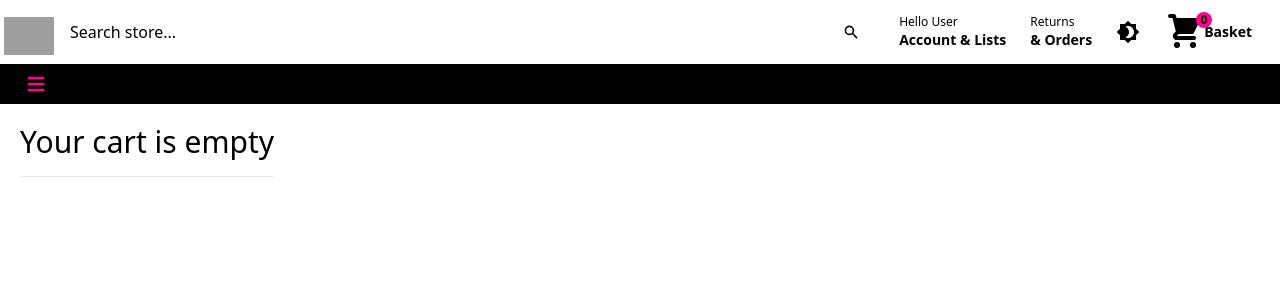
Repository: MarkusDavis/markus-davis-store
Page: /checkout
An editor plug-in stored every save of this project. The page is shown before and after the next save, followed by the edit.
The browser window is 1280 px wide. The pictures show the whole page.
Pictures or frames that could not be fetched are drawn as grey boxes. The page's requests for data from a server got no answer. The project was rebuilt for these pictures with package versions that can differ from the ones it lists, and the page was loaded fresh each time. The framework's server and built-in components were replaced by stand-ins that run in the browser. No one was signed in, and anything a server would have sent is missing. Also part of the build but not shown: next.config.js, src/components/CheckoutProduct.js.

Above is the page before, as saved 2022-10-10 22:39:29.

### src/pages/_app.js
import { ThemeProvider } from "next-themes";
import { Provider } from "react-redux";
import { store } from "../app/store";
import "../styles/globals.css";
import { SessionProvider } from "next-auth/react";

function MyApp({ Component, pageProps: { session, ...pageProps } }) {
  return (
    <SessionProvider session={session}>
      <ThemeProvider
        forcedTheme={Component.theme || undefined}
        attribute="class"
      >
        <Provider store={store}>
          <Component {...pageProps} />
        </Provider>
      </ThemeProvider>
    </SessionProvider>
  );
}

export default MyApp;

### src/pages/checkout.js
import Image from "next/image";
import React from "react";
import { useSelector } from "react-redux";
import CheckoutProduct from "../components/CheckoutProduct";
import Header from "../components/Header";
import { selectItems } from "../slices/basketSlice";

function checkout() {
  const items = useSelector(selectItems);
  return (
    <div className="">
      <Header />

      <main className="lg:flex max-w-screen-2xl mx-auto">
        <div className="flex flex-col p-5 space-y-10">
          <h1 className="text-3xl border-b pb-4">
            {items.length === 0 ? "Your cart is empty" : "Your Shopping Cart"}
          </h1>
          {items.map((item, i) => (
            <CheckoutProduct
              key={i}
              id={item.id}
              title={item.title}
              rating={item.rating}
              price={item.price}
              description={item.description}
              category={item.category}
              image={item.image}
              hasPlus={item.hasPlus}
            />
          ))}
        </div>
      </main>
    </div>
  );
}

export default checkout;

### src/styles/globals.css
@tailwind base;
@tailwind components;
@tailwind utilities;

@layer components {
  .link {
    @apply cursor-pointer hover:underline hover:text-primary;
  }
  .button {
    @apply bg-red-500;
  }
}

### src/components/Header.js
import React from "react";
import { signIn, signOut, useSession } from "next-auth/react";
import Image from "next/image";
import Brightness4Icon from "@material-ui/icons/Brightness4";
import { MenuIcon, ShoppingCartIcon, SearchIcon } from "@heroicons/react/solid";
import { useTheme } from "next-themes";
import { useRouter } from "next/router";
function Header() {
  const { theme, setTheme } = useTheme();
  const router = useRouter();
  return (
    <header className="sticky top-0 z-50">
      <div className="flex items-center p-1 flex-grow py-2 bg-light-primary dark:bg-dark-secondary">
        <div className="mt-2 flex items-center flex-grow sm:flex-grow-0">
          <Image
            onClick={() => router.push("/")}
            src="https://firebasestorage.googleapis.com/v0/b/markusdavisstore.appspot.com/o/logo.png?alt=media&token=0af606cd-bb13-4314-b5bf-a095e056261e"
            width={50}
            height={40}
            objectFit="contain"
            className="cursor-pointer"
          />
        </div>
        <div className="hidden sm:flex items-center h-10 rounded-md flex-grow cursor-pointer hover:bg-light-secondary dark:hover:bg-dark-primary">
          <input
            className="p-2 h-full w-6 flex-grow flex-shrink rounded-l-md focus:outline-none px-4 bg-transparent dark:text-white dark:placeholder:text-white placeholder:text-black"
            type="text"
            placeholder="Search store..."
          />
          <SearchIcon className="h-12 p-4 dark:text-white" />
        </div>
        <div className="flex items-center text-xs space-x-6 mx-6 whitespace-nowrap">
          <div onClick={signIn} className="link">
            <p className="">Hello User</p>
            <p className="font-extrabold md:text-sm">Account & Lists</p>
          </div>
          <div className="link">
            <p className="">Returns</p>
            <p className="font-extrabold md:text-sm">& Orders</p>
          </div>
          <Brightness4Icon
            className="cursor-pointer hover:text-primary border border-none rounded-full"
            onClick={() => {
              setTheme(theme === "light" ? "dark" : "light");
            }}
          />
          <div
            onClick={() => router.push("/checkout")}
            className="relative link flex items-center"
          >
            <span className="absolute top-0 right-0 md:right-10 h-4 w-4 bg-primary text-center rounded-full font-bold dark:text-white">
              0
            </span>
            <ShoppingCartIcon className="h-10 dark:text-white" />
            <p className="hidden md:inline font-extrabold text-sm">Basket</p>
          </div>
        </div>
      </div>
      <div className="flex items-center space-x-3 p-2 pl-6 bg-dark-primary text-sm">
        <p className="link flex items-center">
          <MenuIcon className="h-6 mr-1 text-primary" />
          All
        </p>
        <p className="link">Gaming</p>
        <p className="link">Business</p>
        <p className="link">Clothing</p>
        <p className="link hidden lg:inline-flex">Electronics</p>
        <p className="link hidden lg:inline-flex">Food & Grocery</p>
        <p className="link hidden lg:inline-flex">Plus</p>
        <p className="link hidden lg:inline-flex">Buy Again</p>
        <p className="link hidden lg:inline-flex">Shopper Toolkit</p>
        <p className="link hidden lg:inline-flex">Health & Personal Care</p>
      </div>
    </header>
  );
}

export default Header;

### tailwind.config.js
module.exports = {
  mode: "jit",
  purge: [
    "./src/pages/**/*.{js,ts,jsx,tsx}",
    "./src/components/**/*.{js,ts,jsx,tsx}"
  ],
  darkMode: "class",
  theme: {
    extend: {
      colors: {
       primary: "#ff0390",
       secondary: "#d3d3d3",

        light: {
          primary: "#fff",
          secondary: "#d3d3d3"
        },
        dark: {
          primary: "#000",
          secondary: "#323232"
        }
      }
    }
  },
  variants: {
    extend: {}
  },
  plugins: [require("@tailwindcss/line-clamp")]
};

Loaded but not shown: src/app/store.js (common file); src/slices/basketSlice.js (common file)

After the next save:
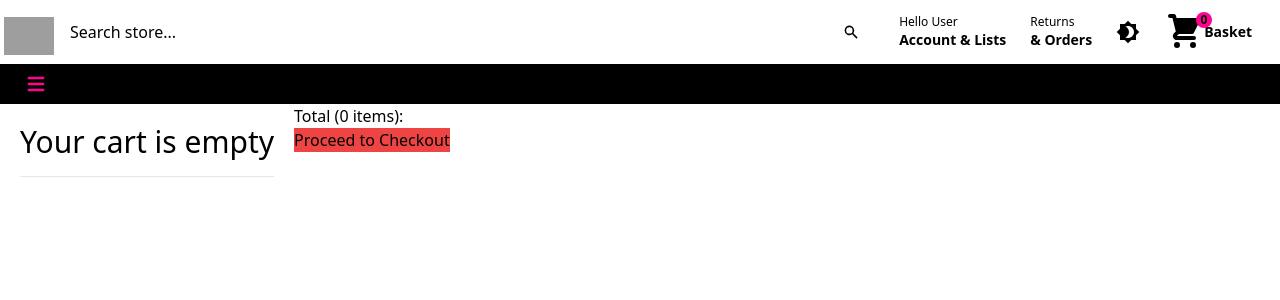
Saved 3 h 16 min later.
--- a/src/pages/checkout.js
+++ b/src/pages/checkout.js
@@ -1,3 +1,4 @@
+import { useSession } from "next-auth/react";
 import Image from "next/image";
 import React from "react";
 import { useSelector } from "react-redux";
@@ -7,6 +8,7 @@ import { selectItems } from "../slices/basketSlice";
 
 function checkout() {
   const items = useSelector(selectItems);
+  const session = useSession();
   return (
     <div className="">
       <Header />
@@ -30,6 +32,17 @@ function checkout() {
             />
           ))}
         </div>
+        <div className="">
+          <h2 className="whitespace-nowrap">
+            Total ({items.length} items):
+            <span className="font-bold">
+              {/* <Currency quantity={price} currency="USD" /> */}
+            </span>
+          </h2>
+          <button className="button">
+            {!session ? "Sign in to Continue" : "Proceed to Checkout"}
+          </button>
+        </div>
       </main>
     </div>
   );
